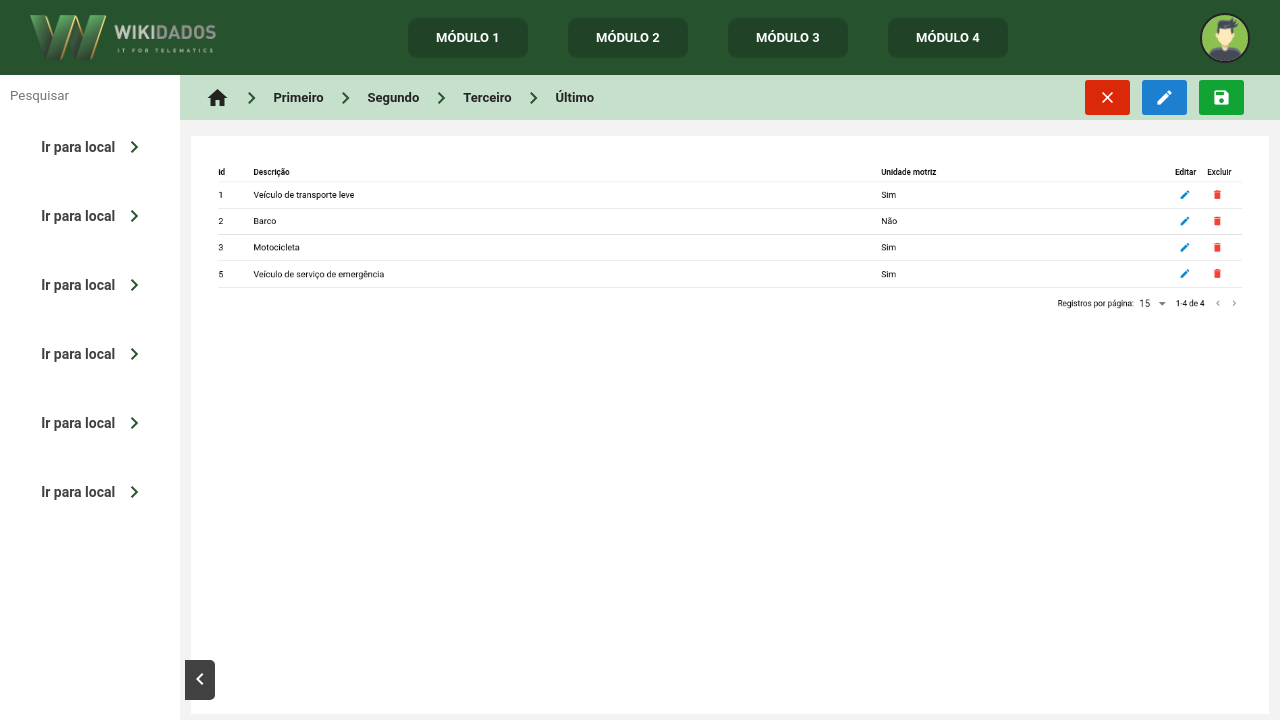
Repository: AlexDjon/alexdjon.github.io
Page: wiki-relayout/index.html
An editor plug-in stored every save of this project. The page is shown before and after the next save, followed by the edit.
The browser window is 1280 px wide. The pictures show the whole page.
Some web fonts or font styles are not loaded; a fallback is used.

Above is the page before, as saved 2020-08-12 17:22:40.

After the next save:
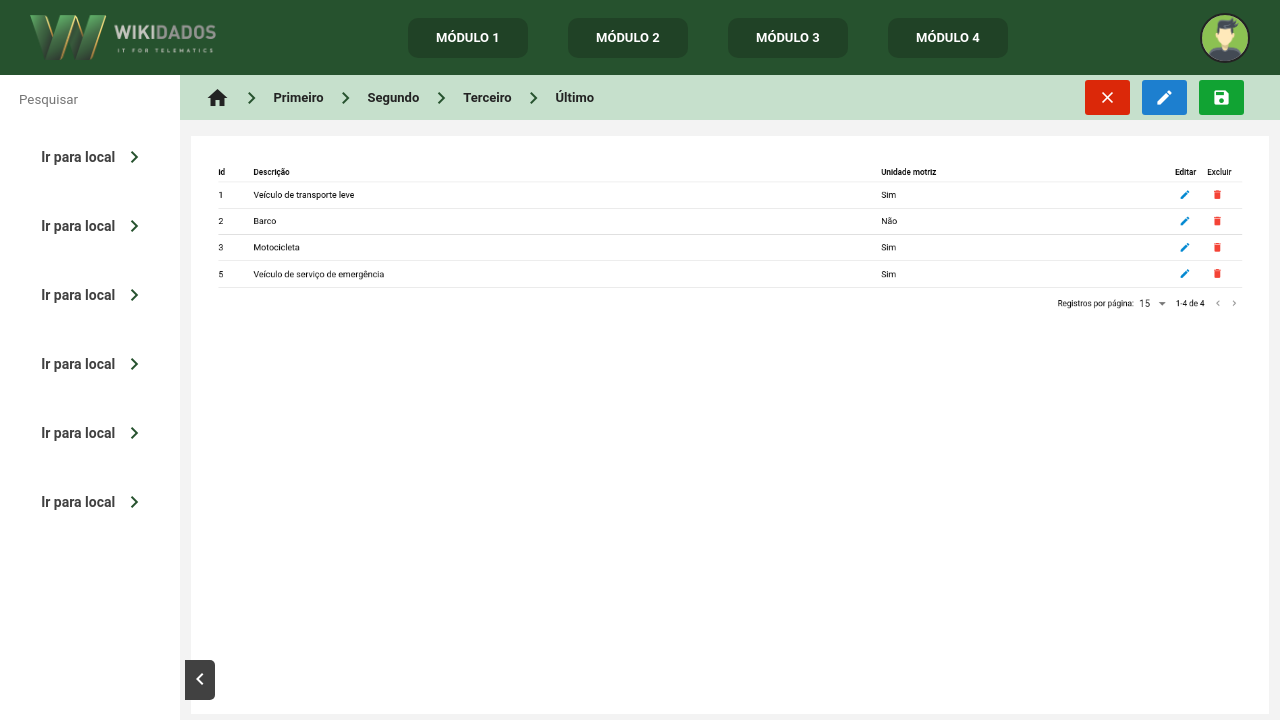
Saved 17 s later.
--- a/wiki-relayout/css/styles.css
+++ b/wiki-relayout/css/styles.css
@@ -175,6 +175,8 @@ body {
 }
 .navbar .search input {
   width: 100%;
+  padding: 7px 9px;
+  border-radius: solid 1px var(--black2);
 }
 
 /* CONTEUDO */
